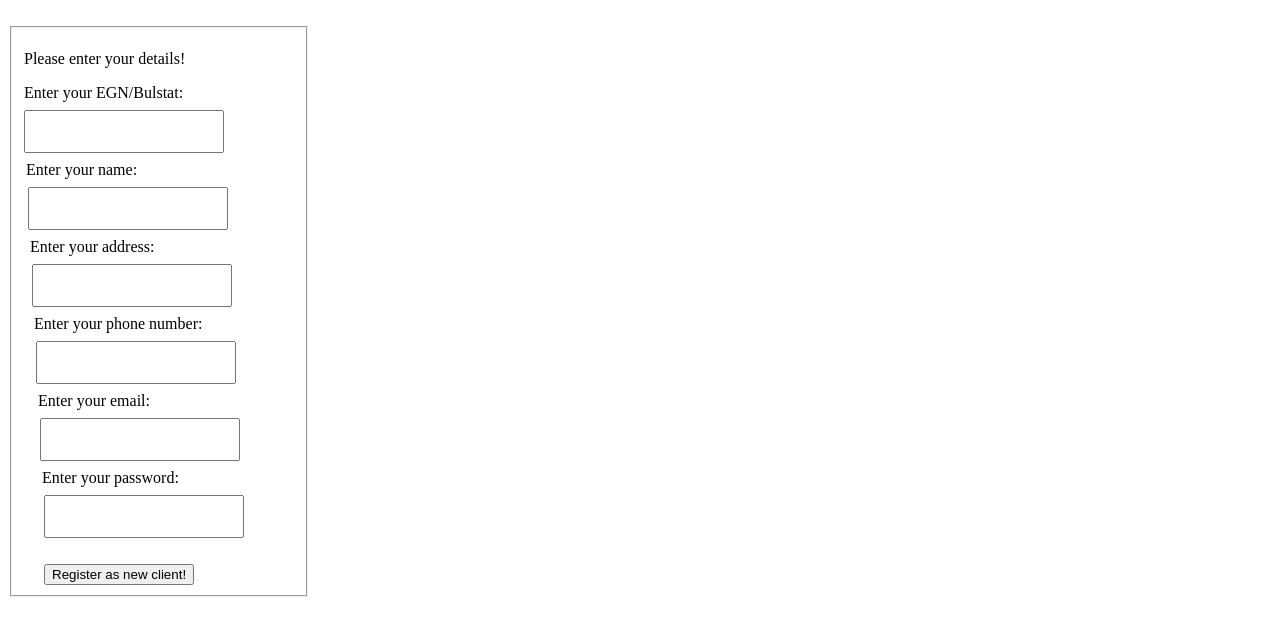
Repository: A-Mitev/E-Banking_Team_Project
Page: http://localhost/FiBank/WEB-INF/views/jsp/Register.jsp
The author's editor kept a copy of each file at every save. The page is drawn from the files as they stood at one save, then again after the next save.
The browser window is 1280 px wide. The pictures show the whole page.
The page is served by Tomcat 9. Nobody is signed in. Other server files are loaded and not shown. The template is opened directly, without the code that normally fills it, so the values that code supplies are empty.

Above is the page before, as saved 2016-04-05 20:13:51.

### FiBank/src/main/webapp/WEB-INF/views/jsp/Register.jsp
<%@page import="javax.servlet.descriptor.TaglibDescriptor"%>
<%@ page language="java" contentType="text/html; charset=UTF-8"
	pageEncoding="UTF-8"%>
<%@ taglib prefix="springForm"
	uri="http://www.springframework.org/tags/form"%>
<!DOCTYPE html PUBLIC "-//W3C//DTD HTML 4.01 Transitional//EN" "http://www.w3.org/TR/html4/loose.dtd">
<html>
<head>
<style>
input[type=text] {
    width: 200px;
    padding: 12px 20px;
    margin: 8px 0;
    box-sizing: border-box;
}
</style>
<meta http-equiv="Content-Type" content="text/html; charset=UTF-8">
<title>Register Page</title>
</head>
<body>
	 ${text}
	<br />
	<springForm:form method="post" commandName="user" >
	<fieldset style="width:270px">
		<p>Please enter your details!</p>
		<label>Enter your EGN/Bulstat:<label>
		<springForm:input type="text" path="id" />
		<br />
		<legend>Enter your name:<legend/>
		<springForm:input type="text" path="name" />
		<br />
		<legend>Enter your address:<legend/>
		<springForm:input type="text" path="address" />
		<br />
		<legend>Enter your phone number:<legend/>
		<springForm:input type="text" path="phone" />
		<br />
		<legend>Enter your email:<legend>
		<springForm:input type="text" path="email" />
		<br />
		<legend>Enter your password:<legend>
		<springForm:input type="text" path="password" />
		<br />
		<br />
		<input type="submit" value="Register as new client!" />
		</fieldset>
	</springForm:form>
</body>
</html>

After the next save:
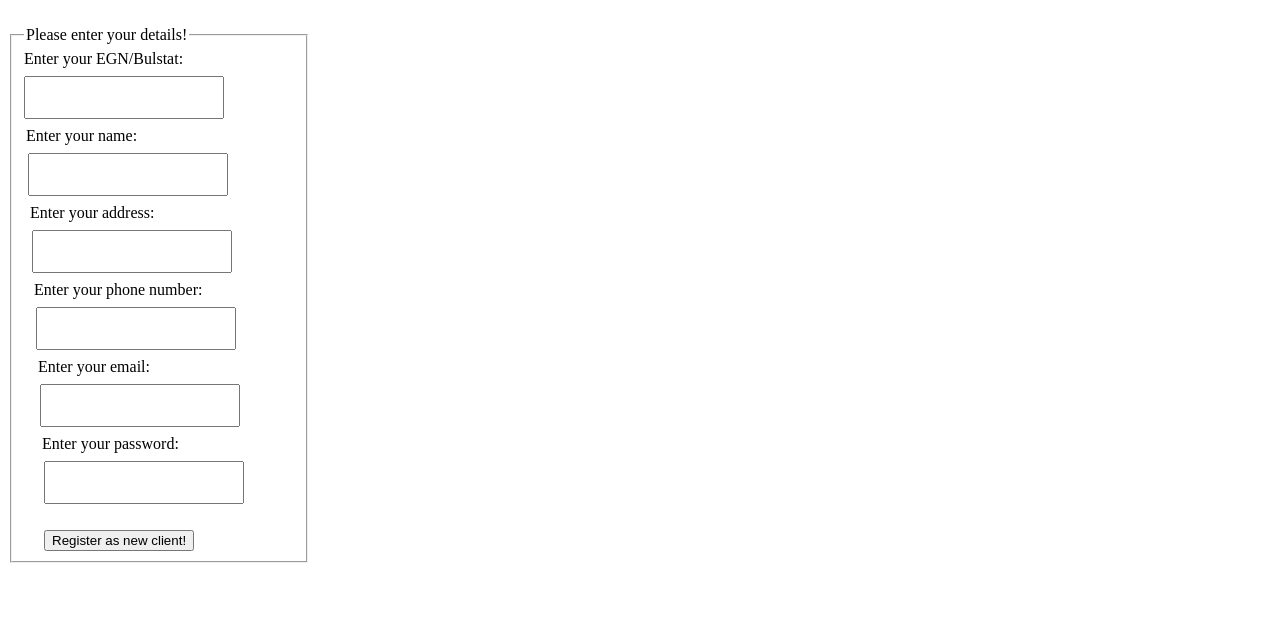
Saved 30 s later.
--- a/FiBank/src/main/webapp/WEB-INF/views/jsp/Register.jsp
+++ b/FiBank/src/main/webapp/WEB-INF/views/jsp/Register.jsp
@@ -22,7 +22,7 @@ input[type=text] {
 	<br />
 	<springForm:form method="post" commandName="user" >
 	<fieldset style="width:270px">
-		<p>Please enter your details!</p>
+		<legend>Please enter your details!</legend>
 		<label>Enter your EGN/Bulstat:<label>
 		<springForm:input type="text" path="id" />
 		<br />
